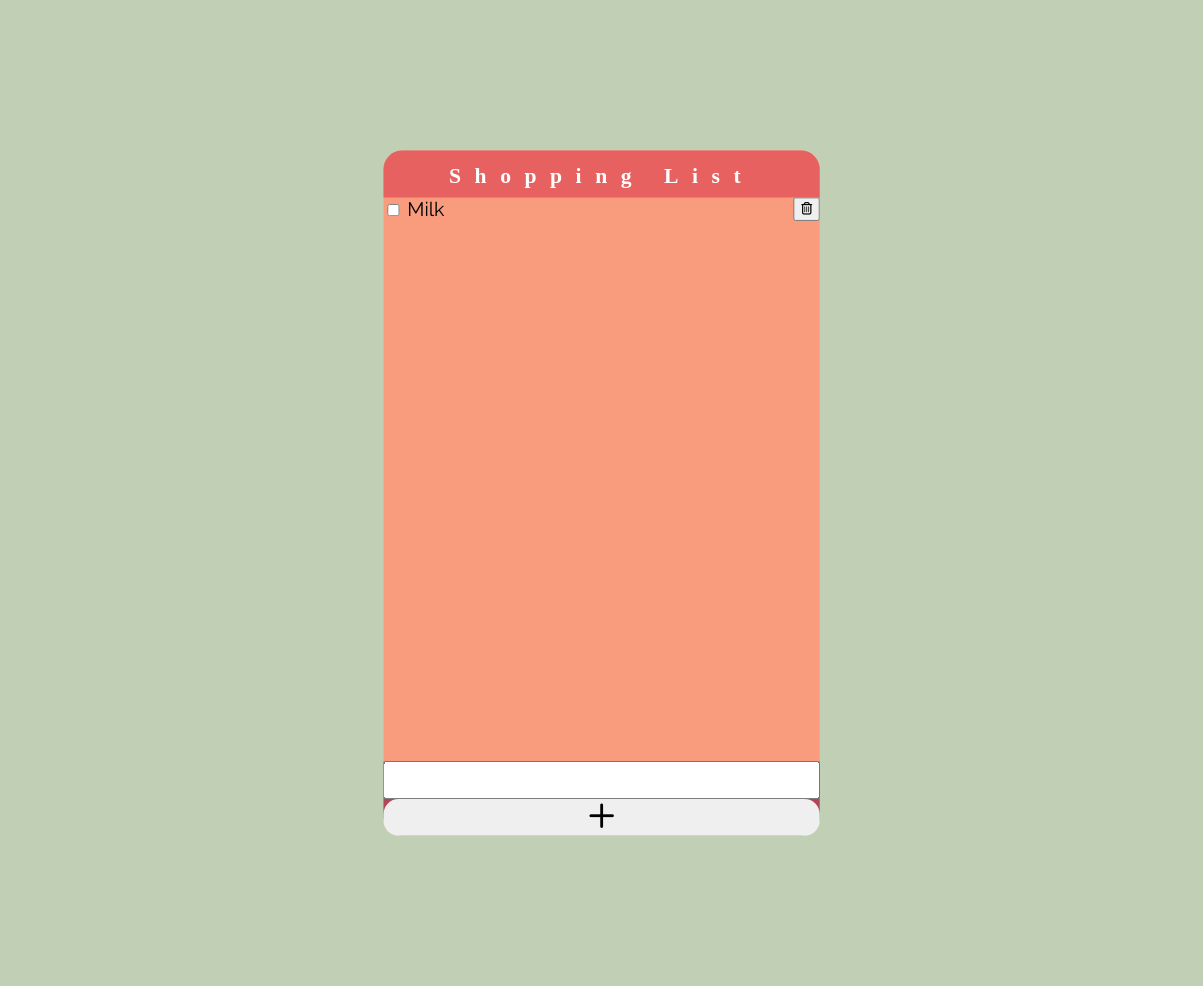
Repository: sephinejo/shopping-list-app
Page: index.html
An editor plug-in stored every save of this project. The page is shown before and after the next save, followed by the edit.
The browser window is 1280 px wide. The pictures show the whole page, at 94% of full size.
Some web fonts or font styles are not loaded; a fallback is used. Some web libraries are served in a nearby version.

Above is the page before, as saved 2023-05-12 11:07:44.

After the next save:
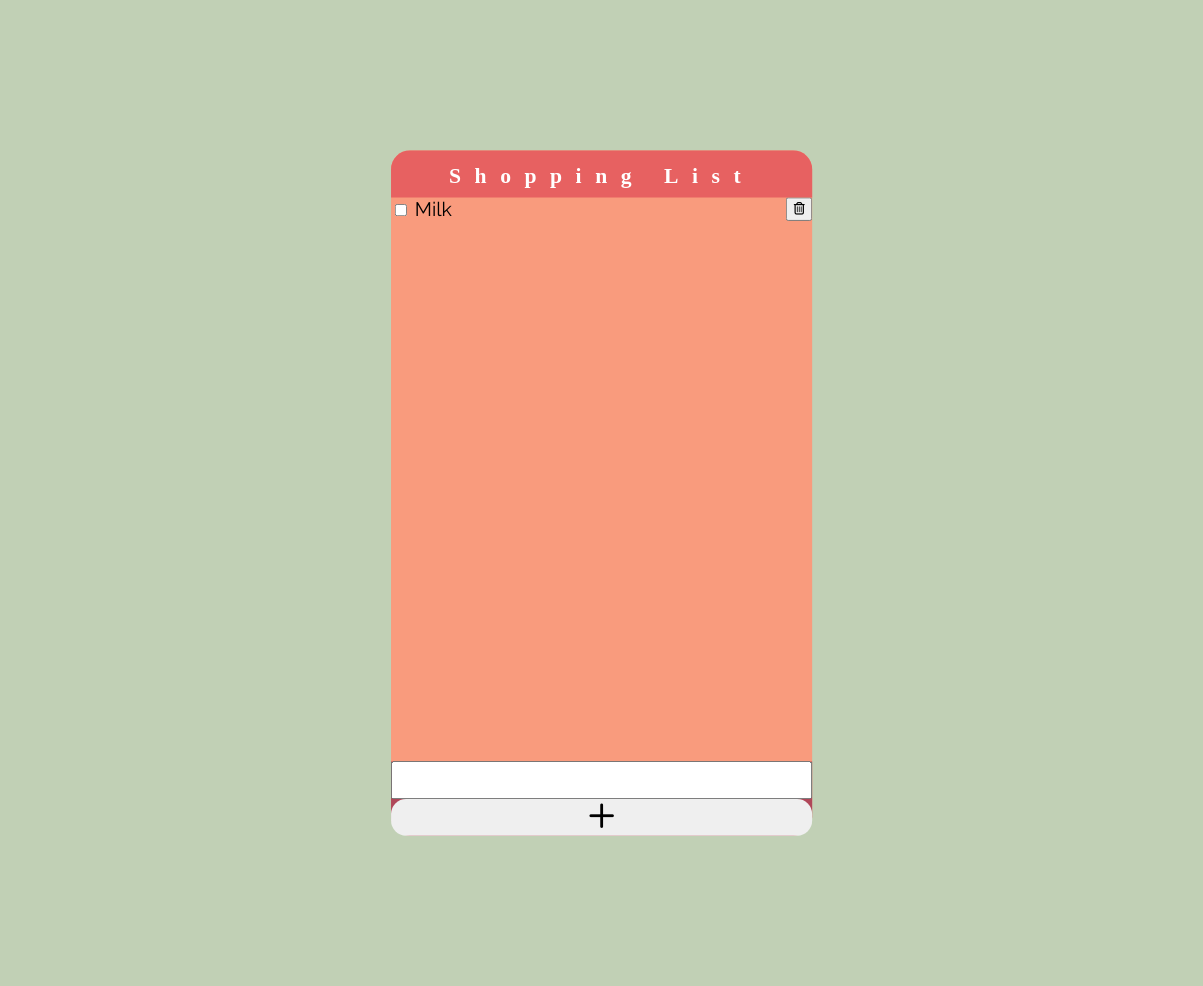
Saved 7 s later.
--- a/style.css
+++ b/style.css
@@ -9,7 +9,7 @@ body {
 
 .container {
   margin: 10rem auto;
-  width: 29rem;
+  width: 28rem;
   background-color: #f99b7d;
   border-radius: 20px;
 }

After the save that followed:
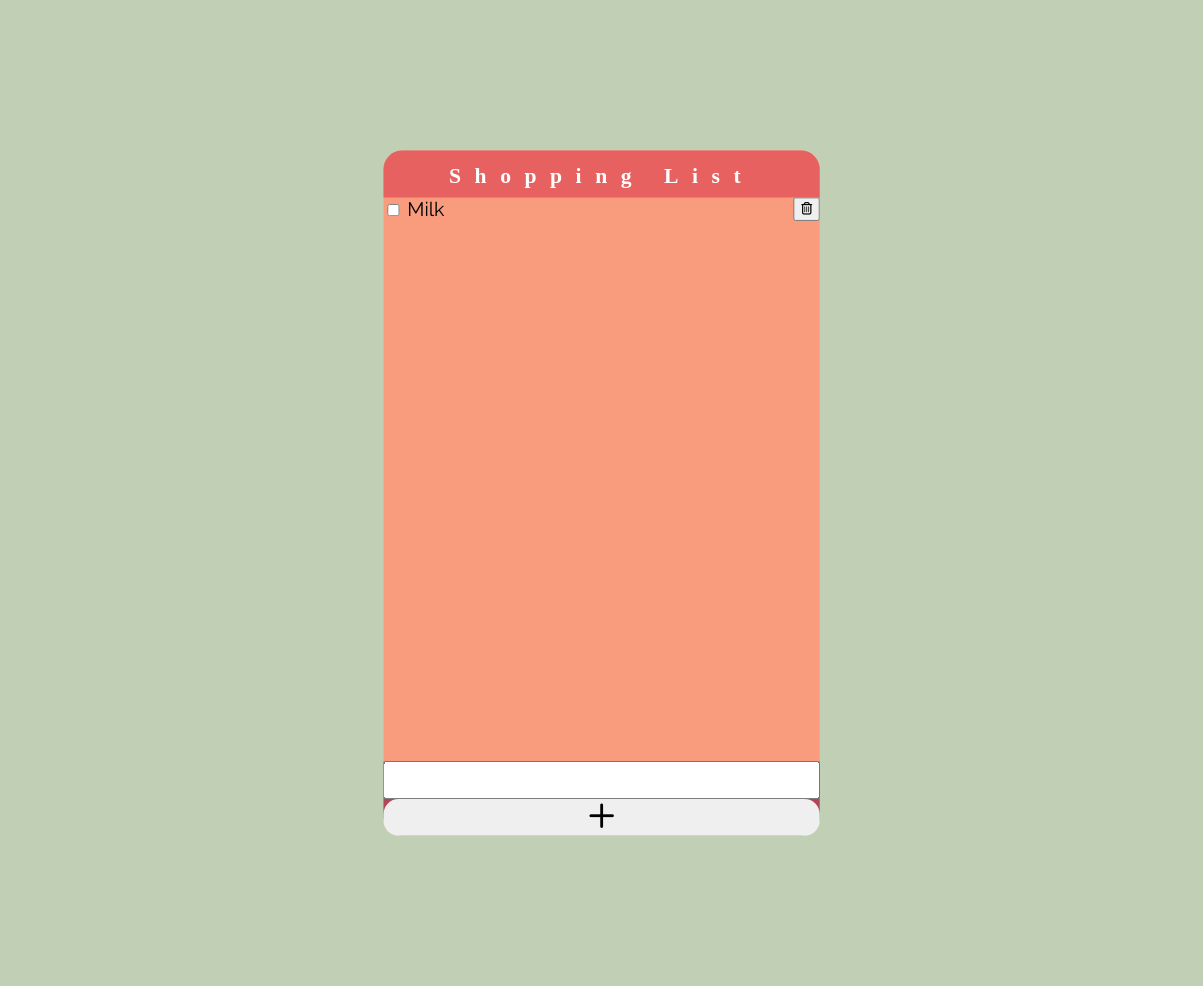
Saved 5 s later.
--- a/style.css
+++ b/style.css
@@ -9,7 +9,7 @@ body {
 
 .container {
   margin: 10rem auto;
-  width: 28rem;
+  width: 29rem;
   background-color: #f99b7d;
   border-radius: 20px;
 }
